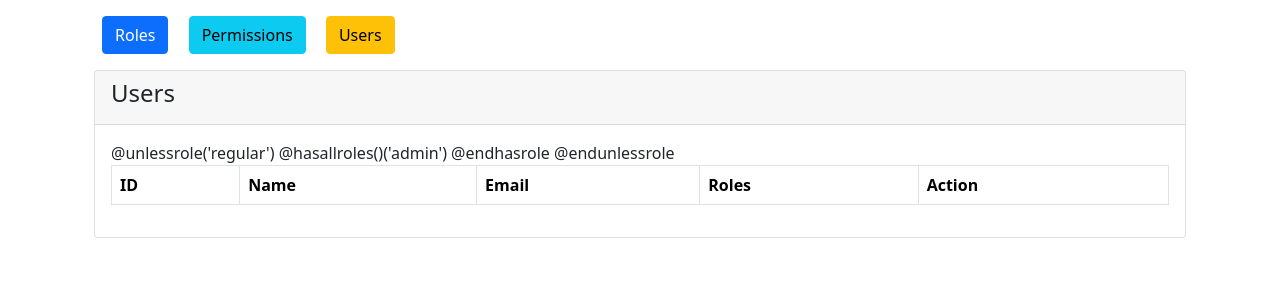
Repository: viisantos/permission_demo
Page: http://localhost/users
An editor plug-in stored every save of this project. The page is shown before and after the next save, followed by the edit.
The browser window is 1280 px wide. The pictures show the whole page.
The page is served by the project's Laravel application, run on PHP 8.4 with Laravel 10. Other server files are loaded and not shown. Queries for data that is not in the repository find no rows.

Above is the page before, as saved 2024-06-22 17:53:43.

### routes/web.php
<?php

use App\Http\Controllers\ProfileController;
use Illuminate\Support\Facades\Route;

/*
|--------------------------------------------------------------------------
| Web Routes
|--------------------------------------------------------------------------
|
| Here is where you can register web routes for your application. These
| routes are loaded by the RouteServiceProvider and all of them will
| be assigned to the "web" middleware group. Make something great!
|
*/

Route::get('/', function () {
    return view('welcome');
});

Route::get('/dashboard', function () {
    return view('dashboard');
})->middleware(['auth', 'verified'])->name('dashboard');

/*
Route::middleware('auth')->group(function () {

});*/

Route::group(['middleware' => ['role:super-admin|admin|regular']], function () {
    Route::get('/profile', [ProfileController::class, 'edit'])->name('profile.edit');
    Route::patch('/profile', [ProfileController::class, 'update'])->name('profile.update');
    Route::delete('/profile', [ProfileController::class, 'destroy'])->name('profile.destroy');
    Route::name('profile.destroy')->middleware('permission:delete role');
    Route::resource('permissions', App\Http\Controllers\PermissionController::class);
    //Route::get('permissions/{permissionId}/delete', [App\Http\Controllers\PermissionController::class, 'destroy']);
    Route::resource('roles', App\Http\Controllers\RoleController::class);
   // Route::get('roles/{roleId}/delete', [App\Http\Controllers\RoleController::class, 'destroy']);
    Route::get('roles/{role}/add-permissions', [App\Http\Controllers\RoleController::class, 'addPermissionToRole'])->name('roles.add-permissions');
    Route::put('roles/{role}/give-permissions', [App\Http\Controllers\RoleController::class, 'givePermissionToRole'])->name('roles.give-permissions');
    Route::resource('users', App\Http\Controllers\UserController::class);
    //Route::get('users/{userId}/delete', [App\Http\Controllers\UserController::class, 'destroy']);
});

require __DIR__.'/auth.php';

### app/Http/Controllers/UserController.php
<?php

namespace App\Http\Controllers;

use Illuminate\Http\Request;
use App\Models\User;
use Illuminate\Support\Facades\Hash;
use Spatie\Permission\Models\Role;

class UserController extends Controller
{
    public function __construct(){
        $this->middleware('permission:delete user', ['only' => ['destroy']]);
        $this->middleware('permission:update user', ['only' => ['update','edit']]);
        $this->middleware('permission:view user',   ['only' => ['index','show']]);
        $this->middleware('permission:create user', ['only' => ['create','store']]);
    }
    public function index(){
        $users = User::get();
        return view('role-permission.user.index', compact('users'));
    }

    public function create(){
        $roles = Role::pluck('name','name')->all();
        return view('role-permission.user.create', compact('roles'));
    }
    public function store(Request $request){
      /*
        $request->validate([
            'name' => 'required|string|max:255',
            'email' => 'required|email|max:255',
            'password' => 'required|string|min:8|max:20',
            'roles' => 'required'
        ]);*/


        $user = User::create([
            'name'  => $request->name,
            'email' => $request->email,
            'password' => Hash::make($request->password),
        ]);


        $user->syncRoles($request->roles);


        return redirect('/users')->with('status','User created successfully with roles');

    }

    public function edit(User $user){
        $roles = Role::pluck('name','name')->all();
        $userRoles = $user->roles->pluck('name','name')->all();
        return view('role-permission.user.edit', compact('user','roles','userRoles'));
    }

    public function update(Request $request, User $user){

        $data = [
            'name'  => $request->name,
            'email' => $request->email
        ];

        if(!empty($request->password)){
            $data += [
                'password' => Hash::make($request->password),
            ];
        }

        $user->update($data);
        $user->syncRoles($request->roles);

        return redirect('/users')->with('status','User updated successfully');
    }

    public function destroy(User $user){
        //$user = User::findOrFail($userId);
        $user->delete();
        return redirect('/users')->with('status','User deleted successfully');
    }
}

### resources/views/role-permission/user/index.blade.php
<head>
    <link href="https://cdn.jsdelivr.net/npm/bootstrap@5.3.2/dist/css/bootstrap.min.css" rel="stylesheet" integrity="sha384-T3c6CoIi6uLrA9TneNEoa7RxnatzjcDSCmG1MXxSR1GAsXEV/Dwwykc2MPK8M2HN" crossorigin="anonymous">
    <link rel="stylesheet" href="https://cdn.jsdelivr.net/npm/bootstrap@5.1.3/dist/css/bootstrap.min.css" />
</head>
@include('role-permission.nav-links')
<div class="container">
    <div class="row">
        <div class="col-md-12">
            @if(session('status'))
                <div class="alert alert-success">
                    {{ session('status') }}
                </div>
            @endif
            <div class="card mt-3">
                <div class="card-header">
                    <h4>Users</h4>
                    @can('create user')
                        <a href="{{ route('users.create') }}" class="btn btn-primary float-end">Add User</a>
                    @endcan
                </div>
                <div class="card-body">
                    <table class="table table-bordered table-striped">
                        <thead>
                            <tr>
                                <th>ID</th>
                                <th>Name</th>
                                <th>Email</th>
                                <th>Roles</th>

                                @unlessrole('regular')
                                    @hasallroles()('admin')
                                        <th>Action</th>
                                    @endhasrole
                                @endunlessrole

                            </tr>
                        </thead>
                        <tbody>
                            @foreach($users as $user)
                                <tr>
                                    <td>{{ $user->id }}</td>
                                    <td>{{ $user->name }}</td>
                                    <td>{{ $user->email }}</td>
                                    <td>
                                        @if(!empty($user->getRoleNames()))
                                            @foreach($user->getRoleNames() as $rolename)
                                                <label class="badge bg-primary mx-1">{{ $rolename }}</label>
                                            @endforeach
                                        @endif
                                    </td>
                                    @unlessrole('regular')
                                        @hasrole('admin')
                                            <td>
                                                @can('update user')
                                                    <a href="{{ route('users.edit', ['user' => $user->id]) }}" class="btn btn-success">Edit</a>
                                                @endcan
                                                @can('delete user')
                                                    <form action="{{ route('users.destroy', $user->id) }}" method="POST" style="display: inline;">
                                                        @csrf
                                                        @method('DELETE')
                                                        <button type="submit" class="btn btn-danger">Delete</button>
                                                    </form>
                                                @endcan
                                            </td>
                                        @endhasrole
                                    @endunlessrole
                                </tr>
                            @endforeach
                        </tbody>
                    </table>
                </div>
            </div>
        </div>
    </div>
</div>

### resources/views/role-permission/nav-links.blade.php
<div class="container mt-3">
    <a href="{{ route('roles.index') }}" class="btn btn-primary mx-2">Roles</a>
    <a href="{{ route('permissions.index') }}" class="btn btn-info mx-2">Permissions</a>
    <a href="{{ route('users.index') }}" class="btn btn-warning mx-2">Users</a>
</div>

Loaded but not shown: routes/auth.php (common file); app/Http/Controllers/Auth/EmailVerificationPromptController.php (common file); app/Http/Controllers/Controller.php (common file); app/Http/Controllers/Auth/VerifyEmailController.php (common file); app/Models/User.php (common file)

After the next save:
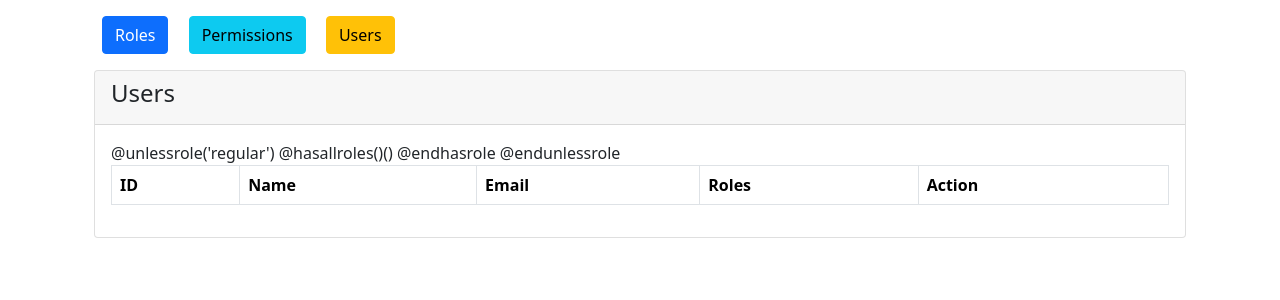
Saved 4 s later.
--- a/resources/views/role-permission/user/index.blade.php
+++ b/resources/views/role-permission/user/index.blade.php
@@ -28,7 +28,7 @@
                                 <th>Roles</th>
 
                                 @unlessrole('regular')
-                                    @hasallroles()('admin')
+                                    @hasallroles()()
                                         <th>Action</th>
                                     @endhasrole
                                 @endunlessrole
